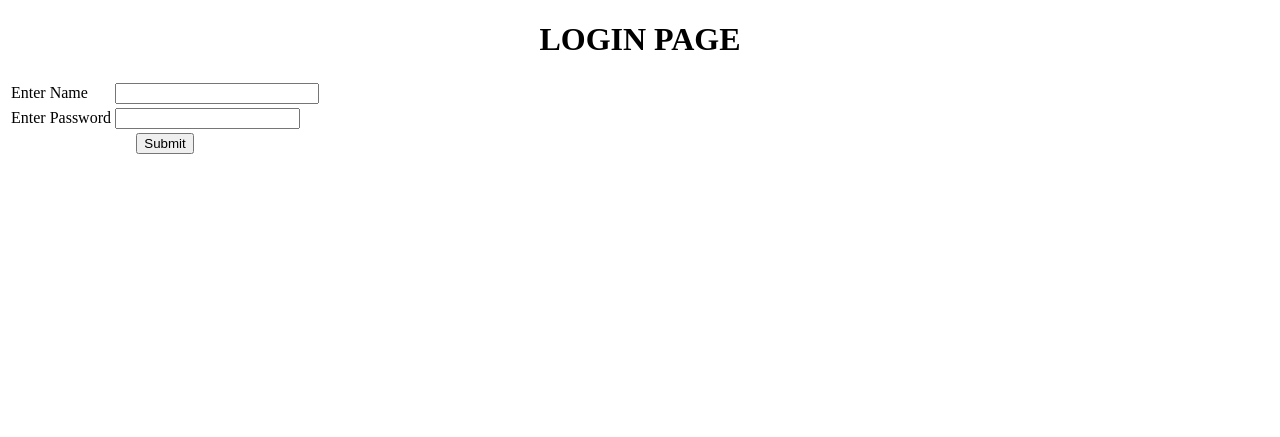
Repository: somnath0796/DeveloperMaterials
Page: http://localhost/JspApp/login.jsp
These files come from the project's save history. The page is drawn as it stood at one moment and after the next save; the edit follows.
The browser window is 1280 px wide. The pictures show the whole page.
The page is served by Tomcat 9.

Above is the page before, as saved 2018-02-02 05:55:25.

After the next save:
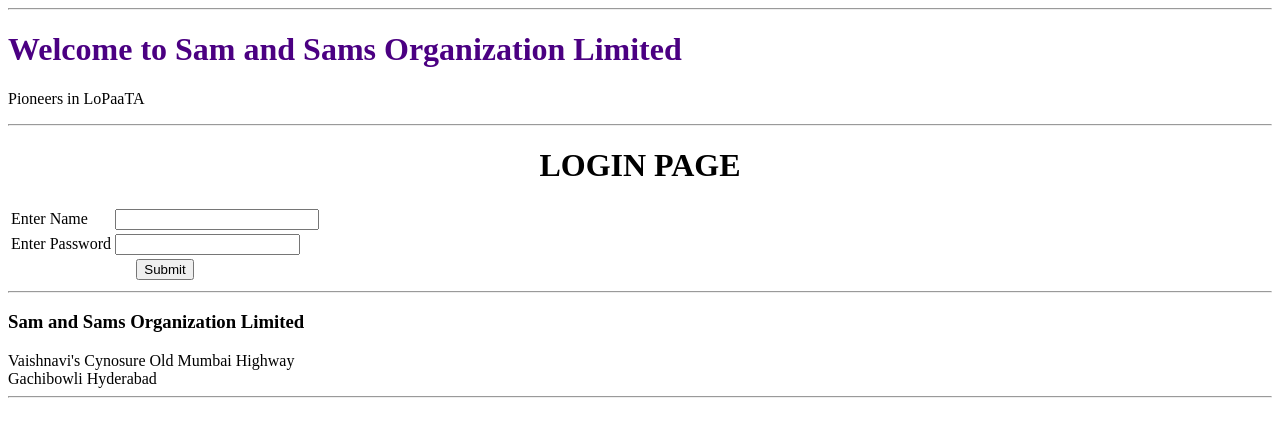
Saved 63 s later.
--- a/JspApp/WebContent/login.jsp
+++ b/JspApp/WebContent/login.jsp
@@ -7,6 +7,7 @@
 <title>Login</title>
 </head>
 <body>
+	<%@ include file="header.jsp"%>
 	<h1><center>LOGIN PAGE</center></h1>
 	<form method="post" action="process.jsp">
 		<table>
@@ -22,5 +23,6 @@
 		</table>
 
 	</form>
+	<%@ include file="footer.jsp"%>
 </body>
 </html>
